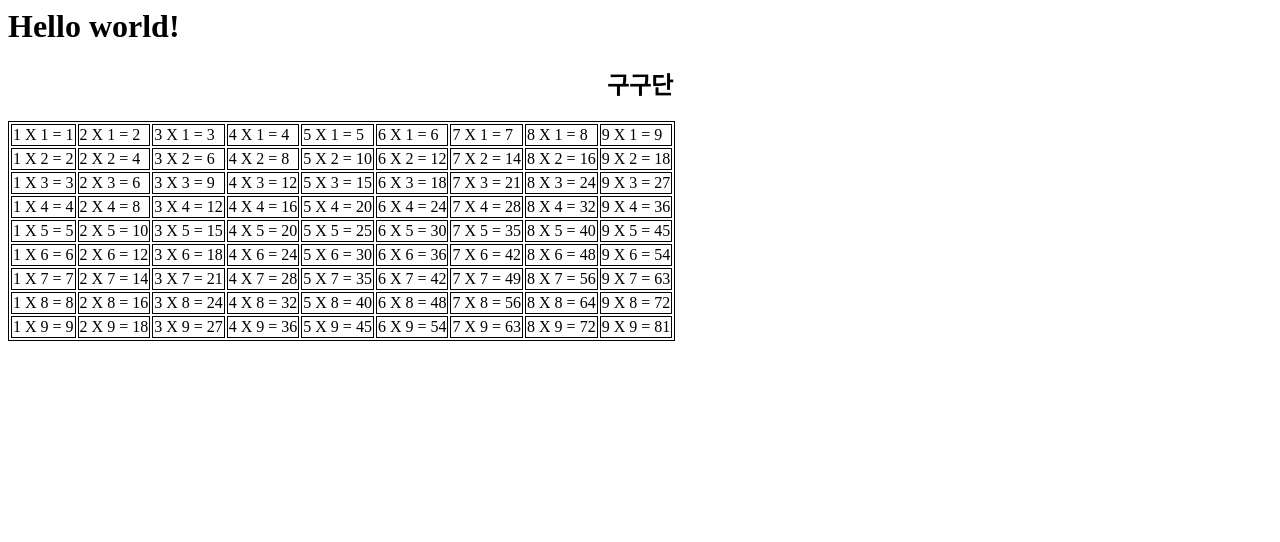
Repository: dhwngjs01/3-1_Spring_Server_Programming
Page: http://localhost/20230314_1to10/gugudan
An editor plug-in stored every save of this project. The page is shown before and after a run of saves, followed by the edit.
The browser window is 1280 px wide. The pictures show the whole page.
The page is served by Tomcat 9.

Above is the page before, as saved 2023-03-14 05:46:44.

After the next 2 saves:
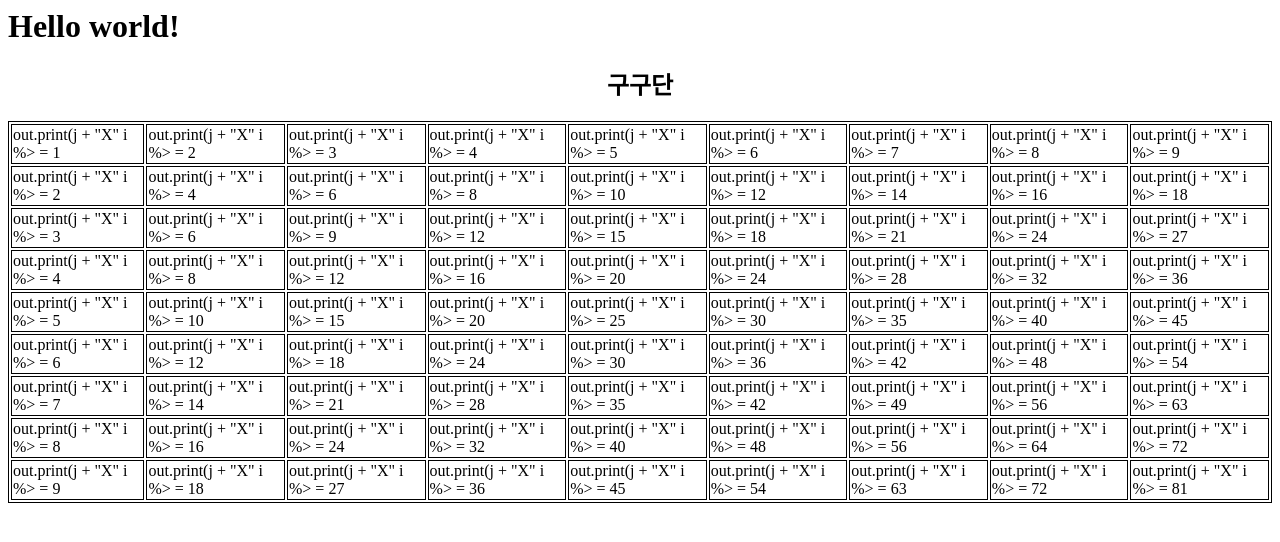
The 2 saves are shown as one change because they came seconds apart.
The last was saved 7 min 43 s later.
--- a/20230314_1to10/src/main/webapp/WEB-INF/views/gugudan.jsp
+++ b/20230314_1to10/src/main/webapp/WEB-INF/views/gugudan.jsp
@@ -14,7 +14,7 @@
 			<% for(int i = 1; i <= 9; i++){ %>
 			<tr>
 				<% for(int j = 1; j <= 9; j++){ %>
-				<td style="border:1px solid black"><%= j %> X <%= i %> = <%= i*j %></td>
+				<td style="border:1px solid black">out.print(j + "X"  i %> = <%= i*j %></td>
 				<% } %>
 			</tr>
 			<% } %>
